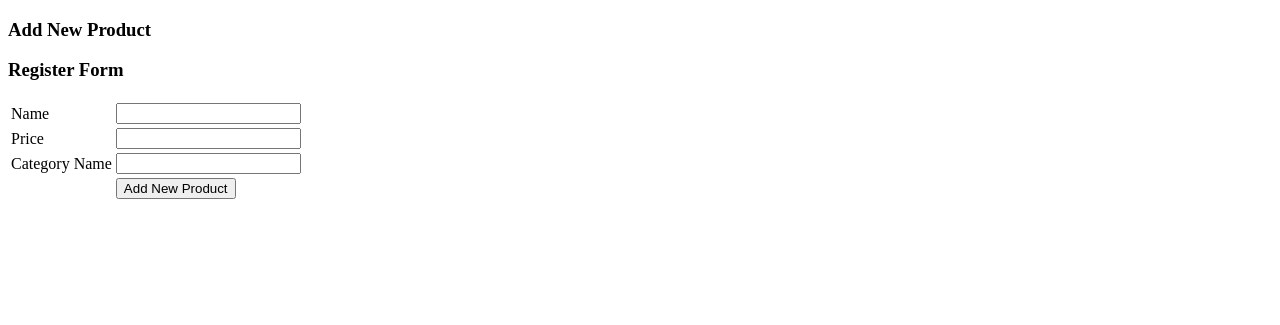
Repository: HsuMon123/Testing-Java-EE
Page: http://localhost/04-jsp-java-bean/
The author's editor kept a copy of each file at every save. The page is drawn from the files as they stood at one save, then again after the next save.
The browser window is 1280 px wide. The pictures show the whole page.
The page is served by Tomcat 9.

Above is the page before, as saved 2020-12-17 11:51:08.

After the next save:
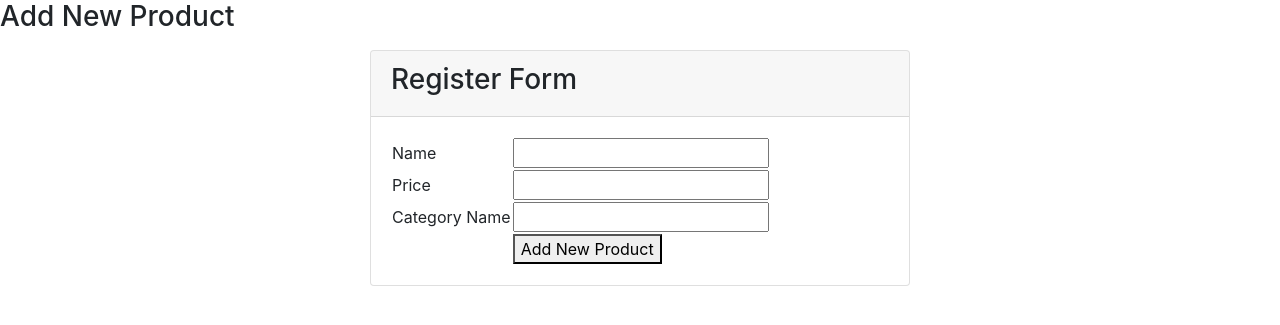
Saved 2 min 43 s later.
--- a/04-jsp-java-bean/src/main/webapp/index.jsp
+++ b/04-jsp-java-bean/src/main/webapp/index.jsp
@@ -4,7 +4,11 @@
 <html>
 <head>
 <meta charset="ISO-8859-1">
-<title>Insert title here</title>
+<title>Add New Product</title>
+<link href="./common/css/bootstrap.min.css" rel="stylesheet" type="text/css"/>
+<script type="text/javascript" src="./common/js/jquery.min.js"></script>
+<script type="text/javascript" src="./common/js/bootstrap.min.js"></script>
+
 </head>
 <body>
 	<h3>Add New Product</h3>
